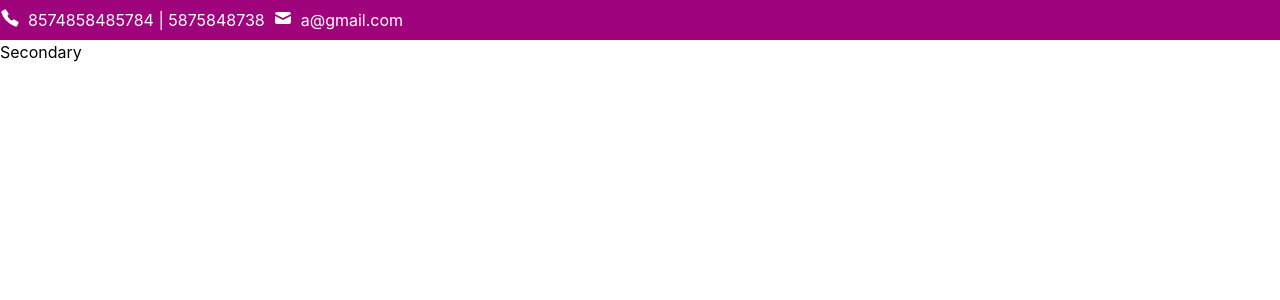
Repository: Sushant203/react-training-
Page: /
These files come from the project's save history. The page is drawn as it stood at one moment and after a run of saves; the edit follows.
The browser window is 1280 px wide. The pictures show the whole page.
The project was rebuilt for these pictures with package versions that can differ from the ones it lists, and the page was loaded fresh each time. Also part of the build but not shown: src/App.css, src/components/LowerNav.jsx, src/components/UpperNav.jsx.

Above is the page before, as saved 2022-12-19 09:29:40.

After the next 2 saves:
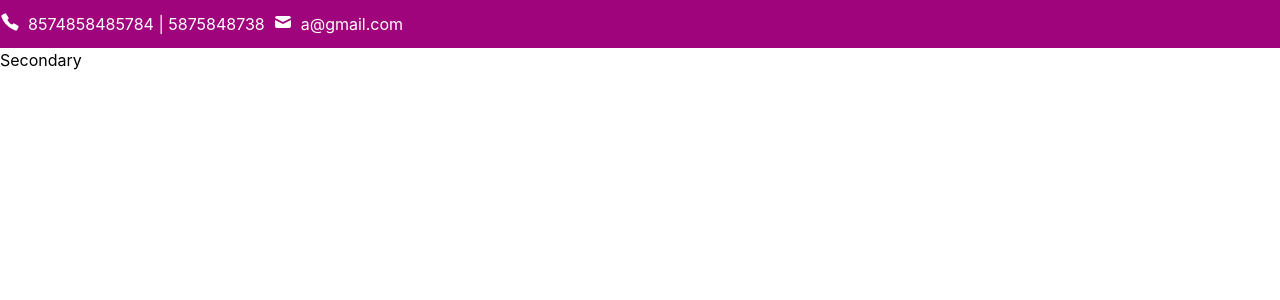
The 2 saves are shown as one change because they came seconds apart.
The last was saved 13 s later.
--- a/src/components/Naviagtion/Toolbar/header.jsx
+++ b/src/components/Naviagtion/Toolbar/header.jsx
@@ -3,7 +3,7 @@ import { IoCallSharp } from "react-icons/io5";
 import { HiMail } from "react-icons/hi";
 function Header() {
   return (
-    <div className="h-10 bg-mainColor w-full flex items-center">
+    <div className="py-3 bg-mainColor w-full flex items-center">
       <div className="flex gap-2">
         <div className="flex gap-2 text-white">
           <IoCallSharp className="text-xl text-white" />
